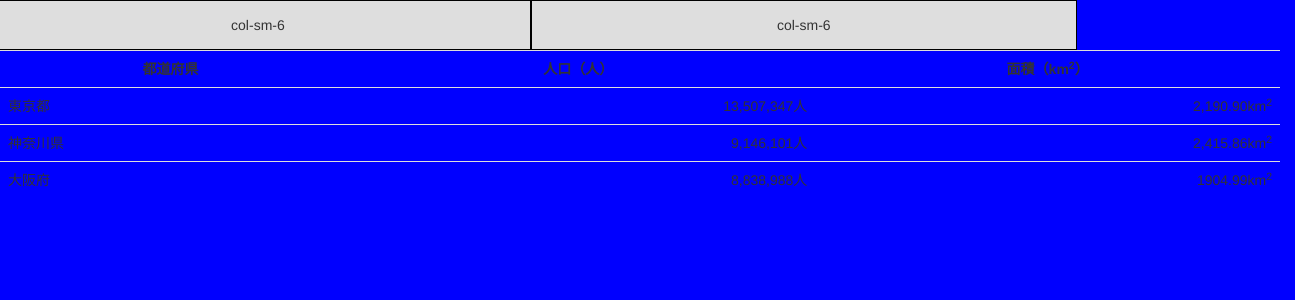
Repository: mihanayano/kadai-monolist
Page: bootstrap_lesson.html
The author's editor kept a record of every edit. The page is drawn from the files as they stood at one moment, then again after the next edit.
The browser window is 1280 px wide. The page is 1295 px wide, so the pictures cover 1295 px, including what lies to the right of the window. The pictures show the whole page.

Above is the page before.

### bootstrap_lesson.html
<!DOCTYPE html>
<html>
    <head>
        <meta charset="utf-8">
        <meta http-equiv="X-UA-Compatible" content="IE=edge">
        <meta name="viewport" content="width=device-width, initial-scale=1">


        <title>Grid System Test</title>

        <!-- Bootstrap CSS-->
        <link rel="stylesheet" href="https://maxcdn.bootstrapcdn.com/bootstrap/3.3.7/css/bootstrap.min.css">
        <!-- jQuery -->
        <script src="https://ajax.googleapis.com/ajax/libs/jquery/1.12.4/jquery.min.js"></script>
        <!-- Bootstrap JavaScript-->
        <script src="https://maxcdn.bootstrapcdn.com/bootstrap/3.3.7/js/bootstrap.min.js"></script>


        <link rel="stylesheet" href="bootstrap_lesson.css">
        <style>
            .row div {
                border: 1px solid #000;
                padding: 1em;
                text-align: center;
                background-color: #dedede;
            }

        </style>

    </head>
    <body>
    <div class="row">
        <div class="col-sm-5">col-sm-6</div>
        <div class="col-sm-5">col-sm-6</div>
    </div>

    <table class="table">
    <tr>
        <th class="text-center">都道府県</th>
        <th class="text-center">人口（人）</th>
        <th class="text-center">面積（km<sup>2</sup>）</th>
    </tr>
    <tr>
        <td>東京都</td>
        <td class="text-right">13,507,347人</td>
        <td class="text-right">2,190.90km<sup>2</sup></td>
    </tr>
    <tr>
        <td>神奈川県</td>
        <td class="text-right">9,146,101人</td>
        <td class="text-right">2,415.86km<sup>2</sup></td>
    </tr>
    <tr>
        <td>大阪府</td>
        <td class="text-right">8,838,988人</td>
        <td class="text-right">1904.99km<sup>2</sup></td>
    </tr>
</table>

</body>

</html>

### bootstrap_lesson.css
body {
  background-color: #000;
}

@media (min-width: 500px) {
    /* style applied if window's width is 500px or more */
    body {
        background-color: #f00;
    }
}

@media (min-width: 750px) {
    /* style applied if window's width is 750px or more */
    body {
        background-color: #0f0;
    }
}

@media (min-width: 1000px) {
    /* style applied if window's width is 1000px or more */
    body {
        background-color: #00f;
    }
}

After the next edit:
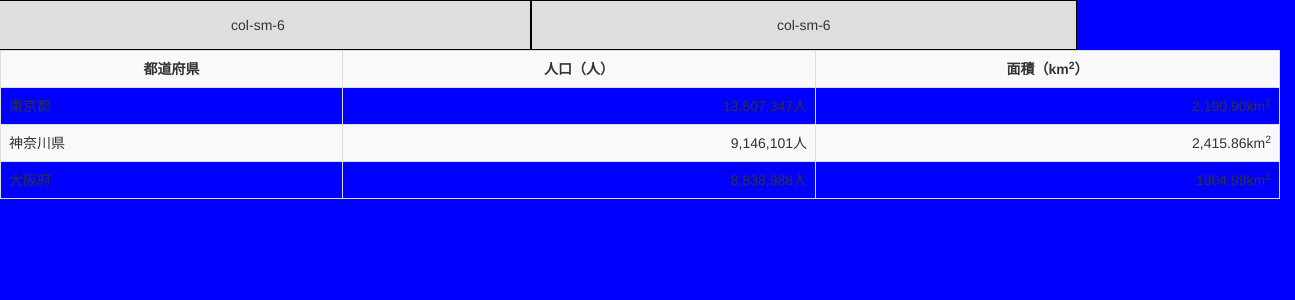
The edit:
--- a/bootstrap_lesson.html
+++ b/bootstrap_lesson.html
@@ -34,7 +34,7 @@
         <div class="col-sm-5">col-sm-6</div>
     </div>
 
-    <table class="table">
+    <table class="table table-striped table-bordered">
     <tr>
         <th class="text-center">都道府県</th>
         <th class="text-center">人口（人）</th>
